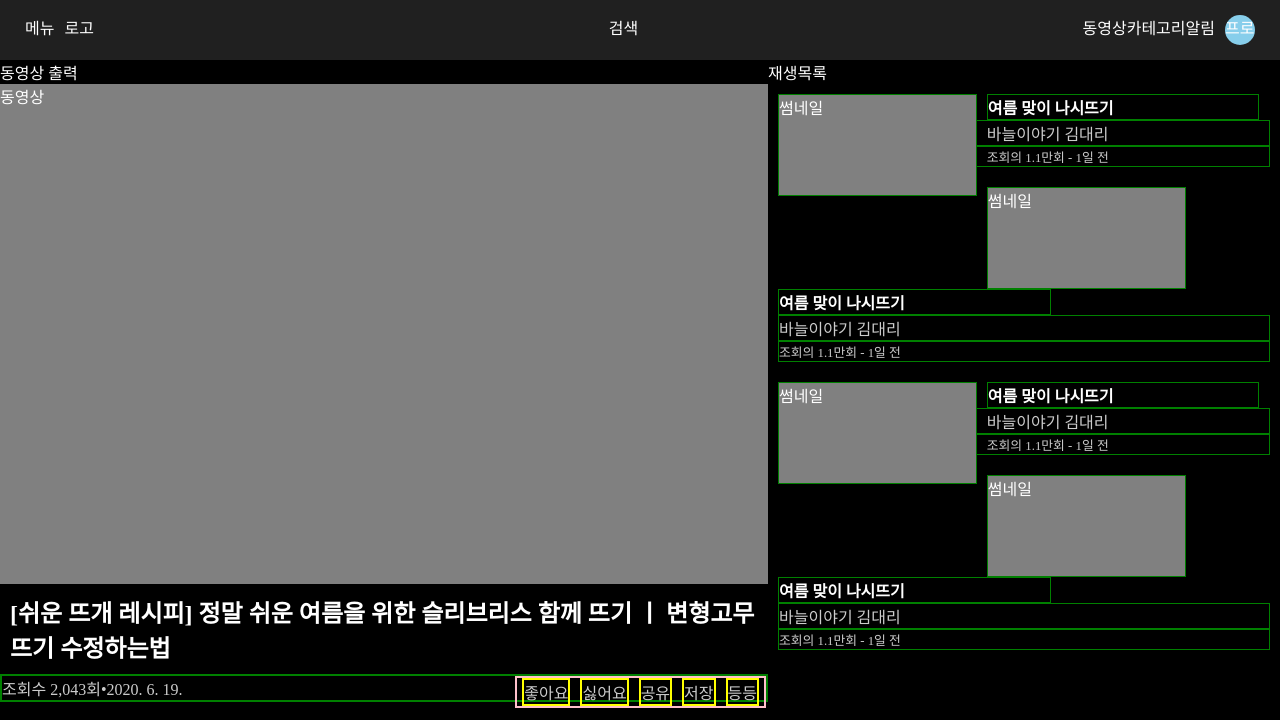
Repository: roseline0912/LikeLion
Page: YouTube_Clone/youtube.html
The author's editor kept a record of every edit. The page is drawn from the files as they stood at one moment, then again after the next edit.
The browser window is 1280 px wide. The pictures show the whole page.
An inner scrolling area shows only its first screen.

Above is the page before.

### YouTube_Clone/youtube.html
<!DOCTYPE html>
<html lang="en">
<head>
    <meta charset="UTF-8">
    <meta name="viewport" content="width=device-width, initial-scale=1.0">
    <meta http-equiv="X-UA-Compatible" content="ie=edge">
    <link rel="stylesheet" href="youtube.css" type="text/css" />
    <title>My YouTube</title>
</head>
<body>
    <nav class="nav-global">
        <div class="nav-item">메뉴</div>
        <div class="nav-logo">로고</div>
        <div class="nav-search">검색</div>
        <div class="nav-video">동영상</div>
        <div class="nav-category">카테고리</div>
        <div class="nav-alarm">알림</div>
        <div class="nav-profile nav-item">프로필</div>
    </nav>

    <div class="container">
    <section class="left-section">동영상 출력
    <div class="video-area">동영상</div>
    <div class="video-title">[쉬운 뜨개 레시피] 정말 쉬운 여름을 위한 슬리브리스 함께 뜨기 ㅣ 변형고무뜨기 수정하는법</div>
    <div class="video-info">
        <div class="video-viewcount">조회수 2,043회•2020. 6. 19.</div>
        <div class="video-info_btn_container">
            <div class="btn-like">좋아요</div>
            <div class="btn-hate">싫어요</div>
            <div class="btn-share">공유</div>
            <div class="btn-save">저장</div>
            <div class="btn-etc">등등</div>
        </div>
    </div>
    </section>

    <section class="right-section">재생목록
    <div class="list-item">
        <div class="list-thumbnail">썸네일</div>
        <div class="list-title">여름 맞이 나시뜨기</div>
        <div class="list-author">바늘이야기 김대리</div>
        <div class="list-info">조회의 1.1만회 - 1일 전</div>
    </div>
    <div class="list-item">
        <div class="list-thumbnail">썸네일</div>
        <div class="list-title">여름 맞이 나시뜨기</div>
        <div class="list-author">바늘이야기 김대리</div>
        <div class="list-info">조회의 1.1만회 - 1일 전</div>
    </div>
    <div class="list-item">
        <div class="list-thumbnail">썸네일</div>
        <div class="list-title">여름 맞이 나시뜨기</div>
        <div class="list-author">바늘이야기 김대리</div>
        <div class="list-info">조회의 1.1만회 - 1일 전</div>
    </div>
    <div class="list-item">
        <div class="list-thumbnail">썸네일</div>
        <div class="list-title">여름 맞이 나시뜨기</div>
        <div class="list-author">바늘이야기 김대리</div>
        <div class="list-info">조회의 1.1만회 - 1일 전</div>
    </div>
    <div class="list-item">
        <div class="list-thumbnail">썸네일</div>
        <div class="list-title">여름 맞이 나시뜨기</div>
        <div class="list-author">바늘이야기 김대리</div>
        <div class="list-info">조회의 1.1만회 - 1일 전</div>
    </div>
    <div class="list-item">
        <div class="list-thumbnail">썸네일</div>
        <div class="list-title">여름 맞이 나시뜨기</div>
        <div class="list-author">바늘이야기 김대리</div>
        <div class="list-info">조회의 1.1만회 - 1일 전</div>
    </div>
    <div class="list-item">
        <div class="list-thumbnail">썸네일</div>
        <div class="list-title">여름 맞이 나시뜨기</div>
        <div class="list-author">바늘이야기 김대리</div>
        <div class="list-info">조회의 1.1만회 - 1일 전</div>
    </div>
    <div class="list-item">
        <div class="list-thumbnail">썸네일</div>
        <div class="list-title">여름 맞이 나시뜨기</div>
        <div class="list-author">바늘이야기 김대리</div>
        <div class="list-info">조회의 1.1만회 - 1일 전</div>
    </div>
    </section>
    </div>
</body>
</html>

### YouTube_Clone/youtube.css
body{
    background-color:black;
    color:white;
    margin:0;
}

.nav-global{
    display:flex;
    background-color:#202020;
    padding:15px;
}

.nav-search{
    flex:1;   /*다른 태그들이 차지하는 공간을 제외하고 모든 공간을 차지함.*/
    /*border:2px solid dimgray;*/
    margin: 0 50px;
    text-align:center;
}

.nav-item, nav-logo{
    /*border:1px solid dimgray;*/
}

.nav-item{
    margin:0 10px;
}

.nav-logo{
    width:100px;
}

.nav-profile{
    width:30px;
    height:30px;
    border-radius:50%; /*일반적으로 원을 만들때는 정사각형을 만들고 radius 50%를 사용합니다.*/
    background-color:skyblue;
    overflow:hidden; /*얘는 우리가 정해놓은 사이즈를 내부 내용이 넘어가면 숨기겠다라는 속성입니다. 이 외에도 scroll도있습니다*/
}

.container{
    display:flex;
    flex-direction: row;
    justify-content: space-around;

}
.container .left-section{
    /*border: 2px solid blue;*/
    display: inline-block;
    /*width: 28%;*/
    min-height:600px;
    flex:6;
}

.container .right-section{
    float: right;
    flex:4;

    height:600px;
    overflow-y: scroll;
}

.video-area{
    height:500px;
    background-color:grey;
}

.video-title{
    /*border:2px solid red;*/
    padding:10px;
    font-weight:bold;
    font-size:1.5rem;
}

.video-info{
    border:2px solid green;
    color:#ccc;     /* viedo_info클래스 밑에 있는 클래스들은 모두 글자색이 회색이므로
                    상위 클래스에 속성을 부여해 하위 클래스까지 영향을 주도록했습니다.*/

    display: flex;   /*이렇게 작성을 해주면 하위 div가 block이지만 우리들 마음대로 다루기 편해집니다.*/

    position: relative; /*기준점이 videoinfo박스(초록색박스)가 되므로 relative설정을 해줍니다.*/
}

.view-viewcount{
    border:2px solid yellow;
}

.video-info_btn_container{
    border: 2px solid pink;
    display: flex;

    position: absolute; /*btn container를 info box기준으로 오른쪽에 위치시키기위해 absolute속성을 이용했습니다.*/
    right:0;
    top:0;


}

.video-info_btn_container div{
    margin:0 5px;
    border:2px solid yellow;
}

.list-item div {
    border:green 1px solid;  /*임시 border를 만들어서 보기편하게 해줍니다.*/
}
.list-item{
    padding:10px;         /*listing되는 item들은 안쪽으로 여백이 있으니 padding값을 줍니다.*/
}
.list-thumbnail{
    height:100px;        /*사진의 높이는 100px정도로 잡고*/
    width: 40%;          /*넓이를 right_section기준 40%로 잡아줍니다.(반응형을 위해)*/
    background-color: grey; /*grey 배경색을 깔아주고*/
    float: left;            /*위에서 사용했던 float속성을 이용해서 썸네일이 왼쪽에 둥 떠있게 해줍니다.*/
    display: inline-block;  /*그리고 한줄에 여러개의 요소가 들어오므로 inline-block*/
    margin-right: 10px;     /*썸네일과 오른쪽 정보간의 간격 10px만큼줬습니다.*/
}
.list-title{
    font-weight: bold;    /*제목은 두껍게 처리를 해주었습니다.*/
    width:55%;            /*그리고 썸네일이 쓰고 남은 section기준 width 60%중에서 여유롭게 55%만 차지하도록 해줍니다.*/
    display: inline-block;  /*썸에일 오른쪽에 제목이 위치해야 하므로 inline-block*/

}
.list-author{
    color:#ccc;      /*작성자의 색깔은 회색입니다.*/
}
.list-info{
    font-size:0.8rem;   /*조회수 및 게시일은 작성자보다 조금 작은 0.8배로 크기를 지정했습니다.*/
    color:#ccc;
}

After the next edit:
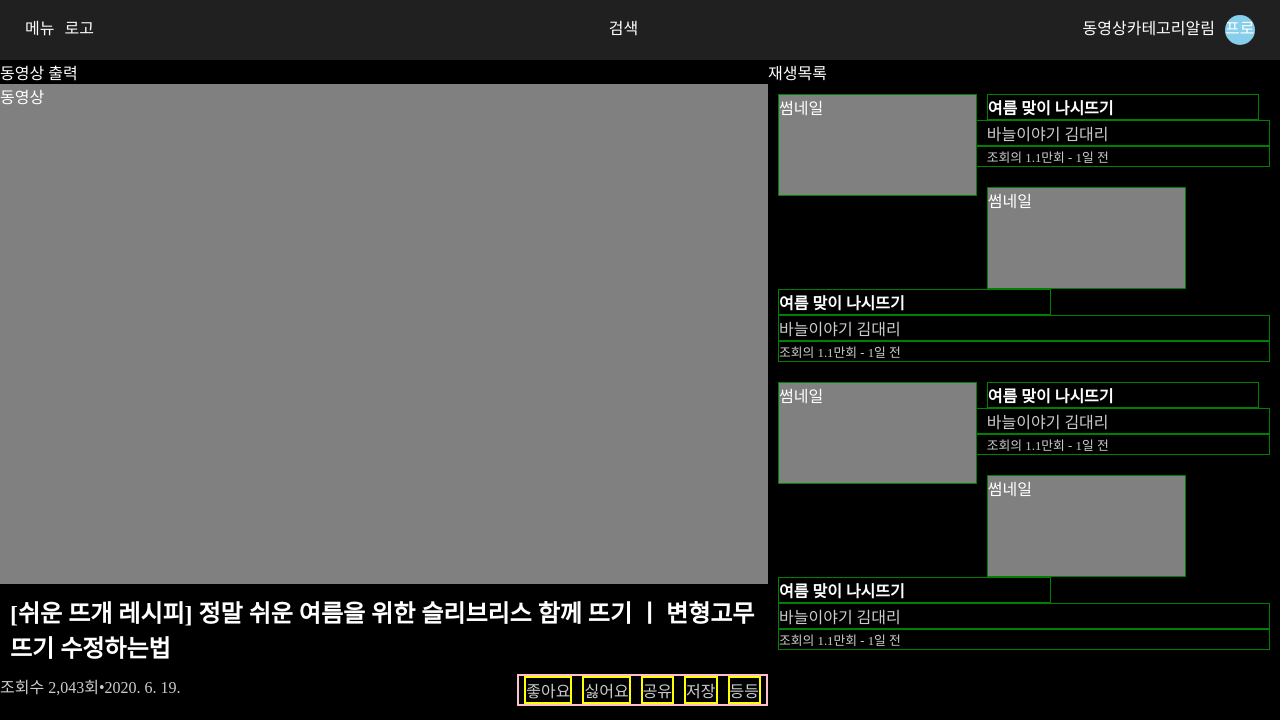
The edit:
--- a/YouTube_Clone/youtube.css
+++ b/YouTube_Clone/youtube.css
@@ -72,7 +72,7 @@
 }
 
 .video-info{
-    border:2px solid green;
+    /*border:2px solid green;*/
     color:#ccc;     /* viedo_info클래스 밑에 있는 클래스들은 모두 글자색이 회색이므로
                     상위 클래스에 속성을 부여해 하위 클래스까지 영향을 주도록했습니다.*/
 
